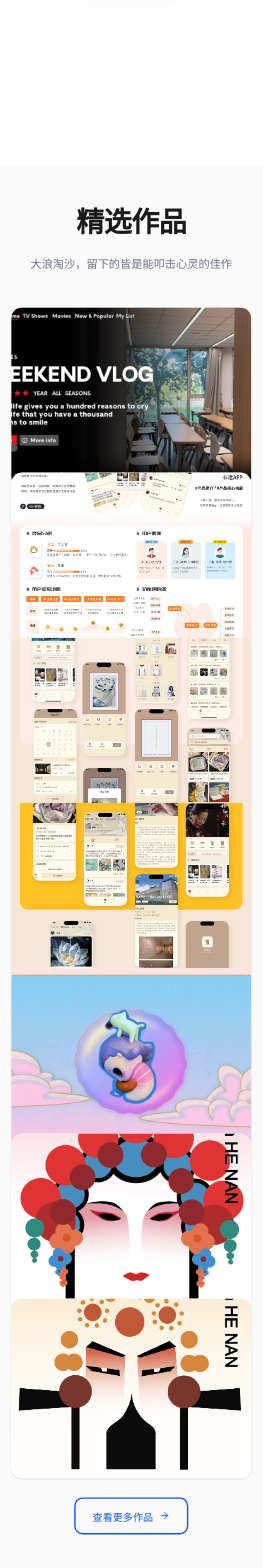
Repository: Nanzhexi/zhexi.github.io
Page: index.html
The author's editor kept a copy of each file at every save. The page is drawn from the files as they stood at one save, then again after the next save.
The browser window is 375 px wide. The pictures show the part of the page from y = 563 to 2803 px (the page is 2803 px tall before and 2663 px after), at 70% of full size.

Above is the page before, as saved 2025-07-03 03:23:53.

### index.html
<!DOCTYPE html>
<html lang="zh-CN">
<head>
    <meta charset="UTF-8">
    <meta name="viewport" content="width=device-width, initial-scale=1.0">
    <title>设计工作室</title>
    <link rel="stylesheet" href="./css/index.css">
    <link rel="preconnect" href="https://fonts.googleapis.com">
    <link rel="preconnect" href="https://fonts.gstatic.com" crossorigin>
    <link href="https://fonts.googleapis.com/css2?family=Inter:wght@300;400;500;600;700&display=swap" rel="stylesheet">
</head>

<body>
    <nav class="navbar">
        <div class="nav-brand">Studio</div>
        <div class="nav-links">
            <a href="#" class="nav-link active">首页</a>
            <a href="#" class="nav-link">作品</a>
            <a href="#" class="nav-link">关于</a>
        </div>
    </nav>

    <main class="hero">
        <div class="hero-content">
            <h1 class="hero-title">
                用<span class="highlight">视觉逻辑</span><br>
                解决商业问题
            </h1>
            <p class="hero-subtitle">
                专注品牌视觉系统与数字产品体验设计
            </p>
            <button class="cta-button">
                查看作品
                <svg width="16" height="16" viewBox="0 0 24 24" fill="none" stroke="currentColor" stroke-width="2">
                    <path d="M5 12h14M12 5l7 7-7 7"/>
                </svg>
            </button>
        </div>
    </main>

    <section class="portfolio">
        <div class="portfolio-content">
            <h2 class="portfolio-title">精选作品</h2>
            <p class="portfolio-subtitle">大浪淘沙，留下的皆是能叩击心灵的佳作</p>

            <div class="portfolio-grid">
                <div class="portfolio-item large">
                    <img src="./images/1.png" alt="设计作品1" loading="lazy">
                    <div class="portfolio-overlay">
                        <div class="portfolio-info">
                            <h3>品牌视觉设计</h3>
                            <p>创意海报设计</p>
                        </div>
                    </div>
                </div>

                <div class="portfolio-item">
                    <img src="./images/2.jpg" alt="设计作品2" loading="lazy">
                    <div class="portfolio-overlay">
                        <div class="portfolio-info">
                            <h3>产品包装</h3>
                            <p>时尚配饰设计</p>
                        </div>
                    </div>
                </div>

                <div class="portfolio-item">
                    <img src="./images/3.jpg" alt="设计作品3" loading="lazy">
                    <div class="portfolio-overlay">
                        <div class="portfolio-info">
                            <h3>陶瓷艺术</h3>
                            <p>传统工艺现代化</p>
                        </div>
                    </div>
                </div>

                <div class="portfolio-item">
                    <img src="./images/4.jpg" alt="设计作品4" loading="lazy">
                    <div class="portfolio-overlay">
                        <div class="portfolio-info">
                            <h3>品牌形象</h3>
                            <p>可爱IP设计</p>
                        </div>
                    </div>
                </div>

                <div class="portfolio-item">
                    <img src="./images/6.png" alt="设计作品5" loading="lazy">
                    <div class="portfolio-overlay">
                        <div class="portfolio-info">
                            <h3>空间设计</h3>
                            <p>商业空间规划</p>
                        </div>
                    </div>
                </div>

                <div class="portfolio-item">
                    <img src="./images/7.png" alt="设计作品6" loading="lazy">
                    <div class="portfolio-overlay">
                        <div class="portfolio-info">
                            <h3>餐饮品牌</h3>
                            <p>传统文化融合</p>
                        </div>
                    </div>
                </div>

                <div class="portfolio-item">
                    <img src="./images/8.png" alt="设计作品7" loading="lazy">
                    <div class="portfolio-overlay">
                        <div class="portfolio-info">
                            <h3>数字艺术</h3>
                            <p>创新视觉表达</p>
                        </div>
                    </div>
                </div>
            </div>

            <button class="portfolio-button">
                查看更多作品
                <svg width="16" height="16" viewBox="0 0 24 24" fill="none" stroke="currentColor" stroke-width="2">
                    <path d="M5 12h14M12 5l7 7-7 7"/>
                </svg>
            </button>
        </div>
    </section>
</body>
</html>

### css/index.css
:root {
    --primary-color: #0F53FF;
    --text-primary: #1a1a1a;
    --text-secondary: #6b7280;
    --background: #ffffff;
    --surface: #fafafa;
    --border: #e5e7eb;
    --shadow: 0 1px 3px 0 rgba(0, 0, 0, 0.1), 0 1px 2px 0 rgba(0, 0, 0, 0.06);
}

* {
    margin: 0;
    padding: 0;
    box-sizing: border-box;
}

body {
    font-family: 'Inter', -apple-system, BlinkMacSystemFont, 'Segoe UI', sans-serif;
    background-color: var(--background);
    color: var(--text-primary);
    line-height: 1.6;
    font-weight: 400;
    -webkit-font-smoothing: antialiased;
    -moz-osx-font-smoothing: grayscale;
}

/* Navigation */
.navbar {
    position: fixed;
    top: 0;
    left: 0;
    right: 0;
    z-index: 1000;
    background: rgba(255, 255, 255, 0.95);
    backdrop-filter: blur(20px);
    border-bottom: 1px solid var(--border);
    padding: 0 2rem;
    height: 80px;
    display: flex;
    align-items: center;
    justify-content: space-between;
    max-width: 1400px;
    margin: 0 auto;
}

.nav-brand {
    font-size: 1.5rem;
    font-weight: 600;
    color: var(--text-primary);
    letter-spacing: -0.02em;
}

.nav-links {
    display: flex;
    gap: 2.5rem;
}

.nav-link {
    color: var(--text-secondary);
    text-decoration: none;
    font-size: 0.95rem;
    font-weight: 500;
    transition: all 0.3s cubic-bezier(0.4, 0, 0.2, 1);
    position: relative;
}

.nav-link:hover,
.nav-link.active {
    color: var(--primary-color);
}

.nav-link.active::after {
    content: '';
    position: absolute;
    bottom: -8px;
    left: 0;
    right: 0;
    height: 2px;
    background: var(--primary-color);
    border-radius: 1px;
}

/* Hero Section */
.hero {
    min-height: 100vh;
    display: flex;
    align-items: center;
    justify-content: center;
    padding: 80px 2rem 0;
    background: linear-gradient(135deg, #fafafa 0%, #ffffff 100%);
}

.hero-content {
    max-width: 900px;
    text-align: center;
    animation: fadeInUp 1s ease-out;
}

.hero-title {
    font-size: clamp(3rem, 8vw, 5.5rem);
    font-weight: 700;
    color: var(--text-primary);
    line-height: 1.1;
    margin-bottom: 1.5rem;
    letter-spacing: -0.03em;
}

.highlight {
    color: var(--primary-color);
    position: relative;
}

.highlight::after {
    content: '';
    position: absolute;
    bottom: 0.1em;
    left: 0;
    right: 0;
    height: 0.3em;
    background: linear-gradient(90deg, rgba(15, 83, 255, 0.2) 0%, rgba(15, 83, 255, 0.1) 100%);
    z-index: -1;
    border-radius: 2px;
}

.hero-subtitle {
    font-size: 1.25rem;
    color: var(--text-secondary);
    margin-bottom: 3rem;
    font-weight: 400;
    line-height: 1.6;
    max-width: 600px;
    margin-left: auto;
    margin-right: auto;
}

.cta-button {
    background: var(--primary-color);
    color: white;
    border: none;
    padding: 1rem 2rem;
    font-size: 1rem;
    font-weight: 500;
    border-radius: 12px;
    cursor: pointer;
    display: inline-flex;
    align-items: center;
    gap: 0.5rem;
    transition: all 0.3s cubic-bezier(0.4, 0, 0.2, 1);
    box-shadow: 0 4px 14px 0 rgba(15, 83, 255, 0.25);
}

.cta-button:hover {
    background: #0d47e6;
    transform: translateY(-2px);
    box-shadow: 0 8px 25px 0 rgba(15, 83, 255, 0.35);
}

.cta-button:active {
    transform: translateY(0);
}

.cta-button svg {
    transition: transform 0.3s ease;
}

.cta-button:hover svg {
    transform: translateX(4px);
}

/* Portfolio Section */
.portfolio {
    padding: 8rem 2rem;
    background: var(--surface);
}

.portfolio-content {
    max-width: 1400px;
    margin: 0 auto;
}

.portfolio-title {
    font-size: clamp(2.5rem, 5vw, 3.5rem);
    font-weight: 700;
    color: var(--text-primary);
    text-align: center;
    margin-bottom: 1rem;
    letter-spacing: -0.02em;
}

.portfolio-subtitle {
    font-size: 1.125rem;
    color: var(--text-secondary);
    text-align: center;
    margin-bottom: 4rem;
    font-weight: 400;
}

.portfolio-grid {
    display: grid;
    grid-template-columns: repeat(auto-fit, minmax(320px, 1fr));
    gap: 2rem;
    margin-bottom: 4rem;
    grid-auto-rows: 280px;
}

.portfolio-item {
    position: relative;
    border-radius: 16px;
    overflow: hidden;
    background: var(--background);
    box-shadow: var(--shadow);
    transition: all 0.4s cubic-bezier(0.4, 0, 0.2, 1);
    aspect-ratio: 4/3;
}

.portfolio-item.large {
    grid-column: span 2;
    grid-row: span 2;
}

.portfolio-item img {
    width: 100%;
    height: 100%;
    object-fit: cover;
    transition: transform 0.4s cubic-bezier(0.4, 0, 0.2, 1);
}

.portfolio-overlay {
    position: absolute;
    top: 0;
    left: 0;
    right: 0;
    bottom: 0;
    background: linear-gradient(135deg, rgba(15, 83, 255, 0.8) 0%, rgba(15, 83, 255, 0.6) 100%);
    display: flex;
    align-items: flex-end;
    padding: 2rem;
    opacity: 0;
    transition: all 0.4s cubic-bezier(0.4, 0, 0.2, 1);
}

.portfolio-info h3 {
    color: white;
    font-size: 1.25rem;
    font-weight: 600;
    margin-bottom: 0.5rem;
}

.portfolio-info p {
    color: rgba(255, 255, 255, 0.9);
    font-size: 0.95rem;
    font-weight: 400;
}

.portfolio-item:hover {
    transform: translateY(-8px);
    box-shadow: 0 20px 40px 0 rgba(0, 0, 0, 0.15);
}

.portfolio-item:hover img {
    transform: scale(1.05);
}

.portfolio-item:hover .portfolio-overlay {
    opacity: 1;
}

.portfolio-button {
    background: transparent;
    color: var(--primary-color);
    border: 2px solid var(--primary-color);
    padding: 1rem 2rem;
    font-size: 1rem;
    font-weight: 500;
    border-radius: 12px;
    cursor: pointer;
    display: inline-flex;
    align-items: center;
    gap: 0.5rem;
    transition: all 0.3s cubic-bezier(0.4, 0, 0.2, 1);
    margin: 0 auto;
    display: flex;
    justify-content: center;
    max-width: 200px;
}

.portfolio-button:hover {
    background: var(--primary-color);
    color: white;
    transform: translateY(-2px);
    box-shadow: 0 8px 25px 0 rgba(15, 83, 255, 0.25);
}

.portfolio-button svg {
    transition: transform 0.3s ease;
}

.portfolio-button:hover svg {
    transform: translateX(4px);
}

/* Animations */
@keyframes fadeInUp {
    from {
        opacity: 0;
        transform: translateY(30px);
    }
    to {
        opacity: 1;
        transform: translateY(0);
    }
}

/* Responsive Design */
@media (max-width: 1024px) {
    .navbar {
        padding: 0 1.5rem;
    }

    .hero {
        padding: 80px 1.5rem 0;
    }

    .portfolio {
        padding: 6rem 1.5rem;
    }

    .portfolio-grid {
        grid-template-columns: repeat(auto-fit, minmax(280px, 1fr));
        gap: 1.5rem;
        grid-auto-rows: 250px;
    }

    .portfolio-item.large {
        grid-column: span 2;
        grid-row: span 1;
    }
}

@media (max-width: 768px) {
    .navbar {
        padding: 0 1rem;
        height: 70px;
    }

    .nav-links {
        gap: 1.5rem;
    }

    .nav-link {
        font-size: 0.9rem;
    }

    .hero {
        padding: 70px 1rem 0;
    }

    .hero-subtitle {
        font-size: 1.1rem;
        margin-bottom: 2.5rem;
    }

    .cta-button {
        padding: 0.875rem 1.75rem;
        font-size: 0.95rem;
    }

    .portfolio {
        padding: 4rem 1rem;
    }

    .portfolio-grid {
        grid-template-columns: repeat(auto-fit, minmax(250px, 1fr));
        gap: 1.5rem;
        grid-auto-rows: 220px;
    }

    .portfolio-item.large {
        grid-column: span 1;
        grid-row: span 1;
    }

    .portfolio-overlay {
        padding: 1.5rem;
    }

    .portfolio-info h3 {
        font-size: 1.125rem;
    }

    .portfolio-info p {
        font-size: 0.9rem;
    }
}

@media (max-width: 480px) {
    .navbar {
        padding: 0 1rem;
        height: 65px;
    }

    .nav-brand {
        font-size: 1.25rem;
    }

    .nav-links {
        gap: 1rem;
    }

    .nav-link {
        font-size: 0.85rem;
    }

    .hero {
        padding: 65px 1rem 0;
    }

    .hero-subtitle {
        font-size: 1rem;
        margin-bottom: 2rem;
    }

    .highlight::after {
        height: 0.25em;
    }

    .portfolio {
        padding: 3rem 1rem;
    }

    .portfolio-subtitle {
        font-size: 1rem;
        margin-bottom: 3rem;
    }

    .portfolio-grid {
        gap: 1rem;
    }

    .portfolio-overlay {
        padding: 1rem;
    }

    .portfolio-button {
        padding: 0.875rem 1.5rem;
        font-size: 0.9rem;
    }
}

After the next save:
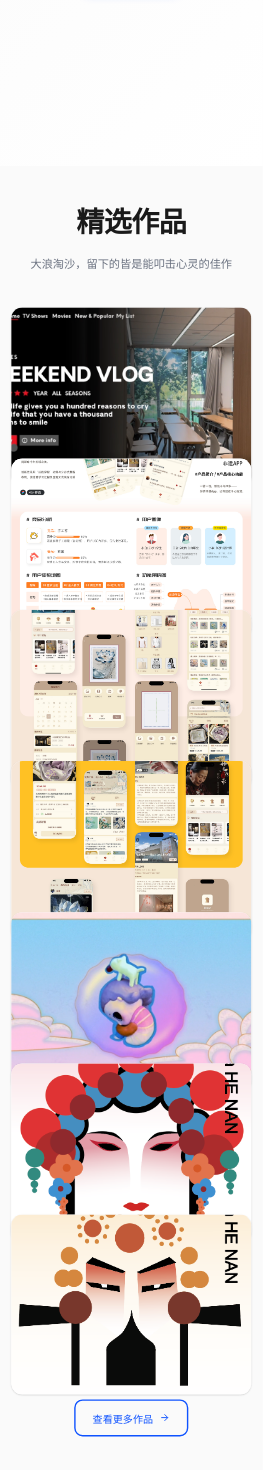
Saved 11 s later.
--- a/css/index.css
+++ b/css/index.css
@@ -434,7 +434,9 @@
     }
 
     .portfolio-grid {
+        grid-template-columns: 1fr;
         gap: 1rem;
+        grid-auto-rows: 200px;
     }
 
     .portfolio-overlay {
